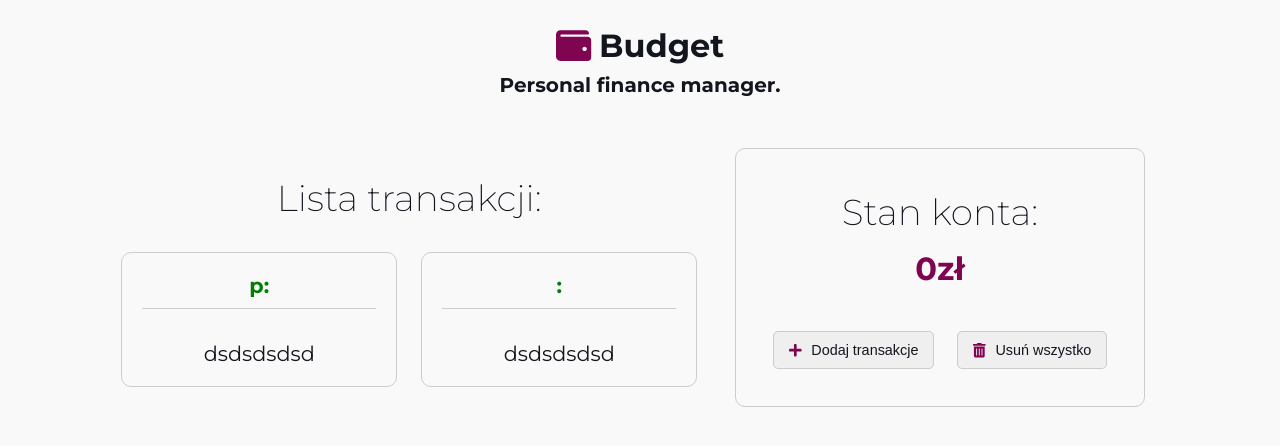
Repository: KrzysKolo/sr_tydzien4_zad4
Page: /
These files come from the project's save history. The page is drawn as it stood at one moment and after the next save; the edit follows.
The browser window is 1280 px wide. The pictures show the whole page.
Some web libraries are served in a nearby version. The project was rebuilt for these pictures with package versions that can differ from the ones it lists, and the page was loaded fresh each time. Also part of the build but not shown: src/components/budgetComponents/formComponents/Header.js, src/components/budgetComponents/formComponents/ErrorMessage.js, src/components/budgetComponents/formComponents/Input.js, src/components/budgetComponents/formComponents/Select.js.

Above is the page before, as saved 2020-12-03 21:05:04.

After the next save:
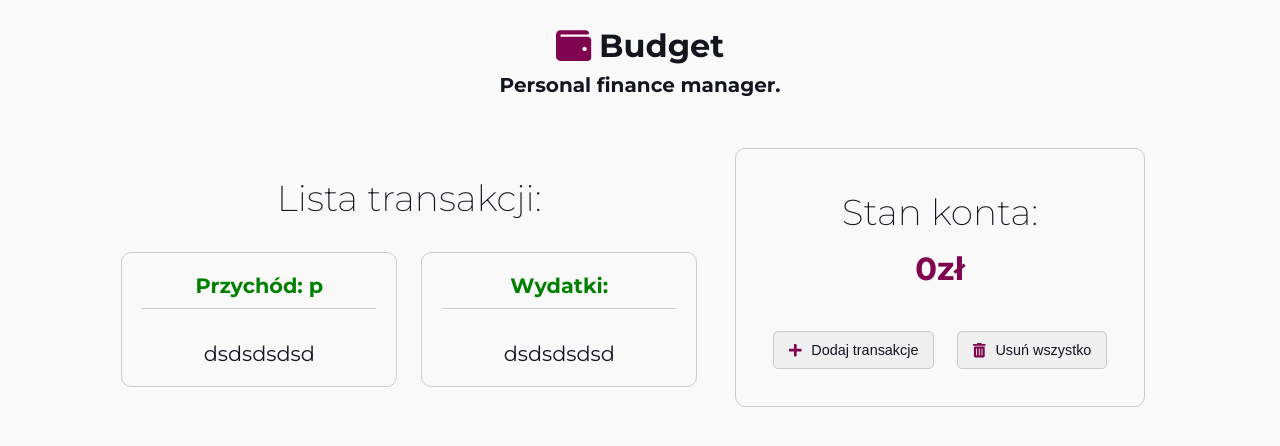
Saved 17 s later.
--- a/src/components/budgetComponents/sectionComponents/H1.js
+++ b/src/components/budgetComponents/sectionComponents/H1.js
@@ -14,7 +14,7 @@ const TitleH1 = styled.h1`
 const H1 = ({title, label}) => {
     return (
         <TitleH1 >
-            {title,  label}:
+            {title}: {label}
         </TitleH1>
     )
 }
